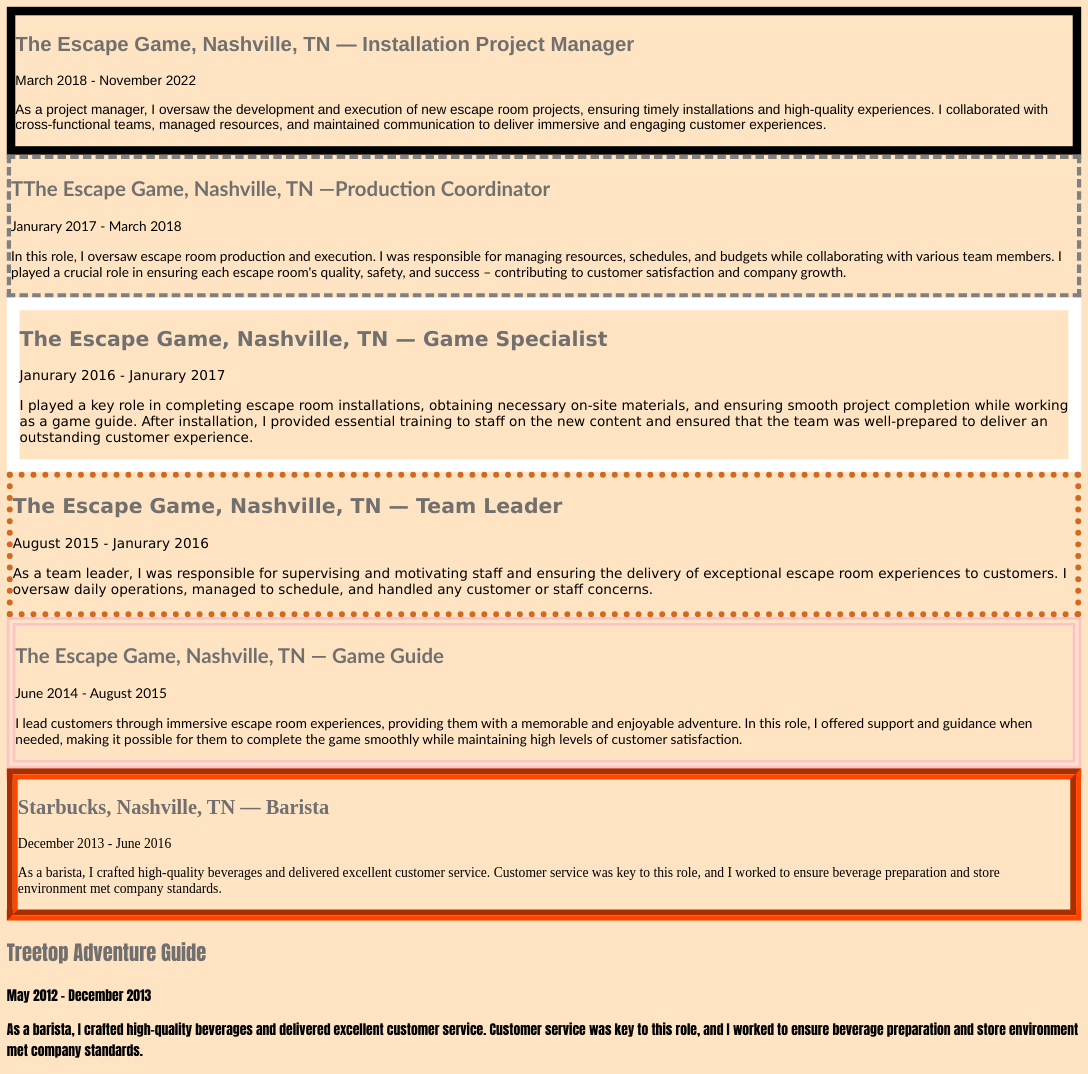
Repository: jgramirez0210/LAB-HTML-Resume
Page: index.html
An editor plug-in stored every save of this project. The page is shown before and after a run of saves, followed by the edit.
The browser window is 1280 px wide. The pictures show the whole page, at 85% of full size.

Above is the page before, as saved 2023-10-10 15:39:13.

After the next 2 saves:
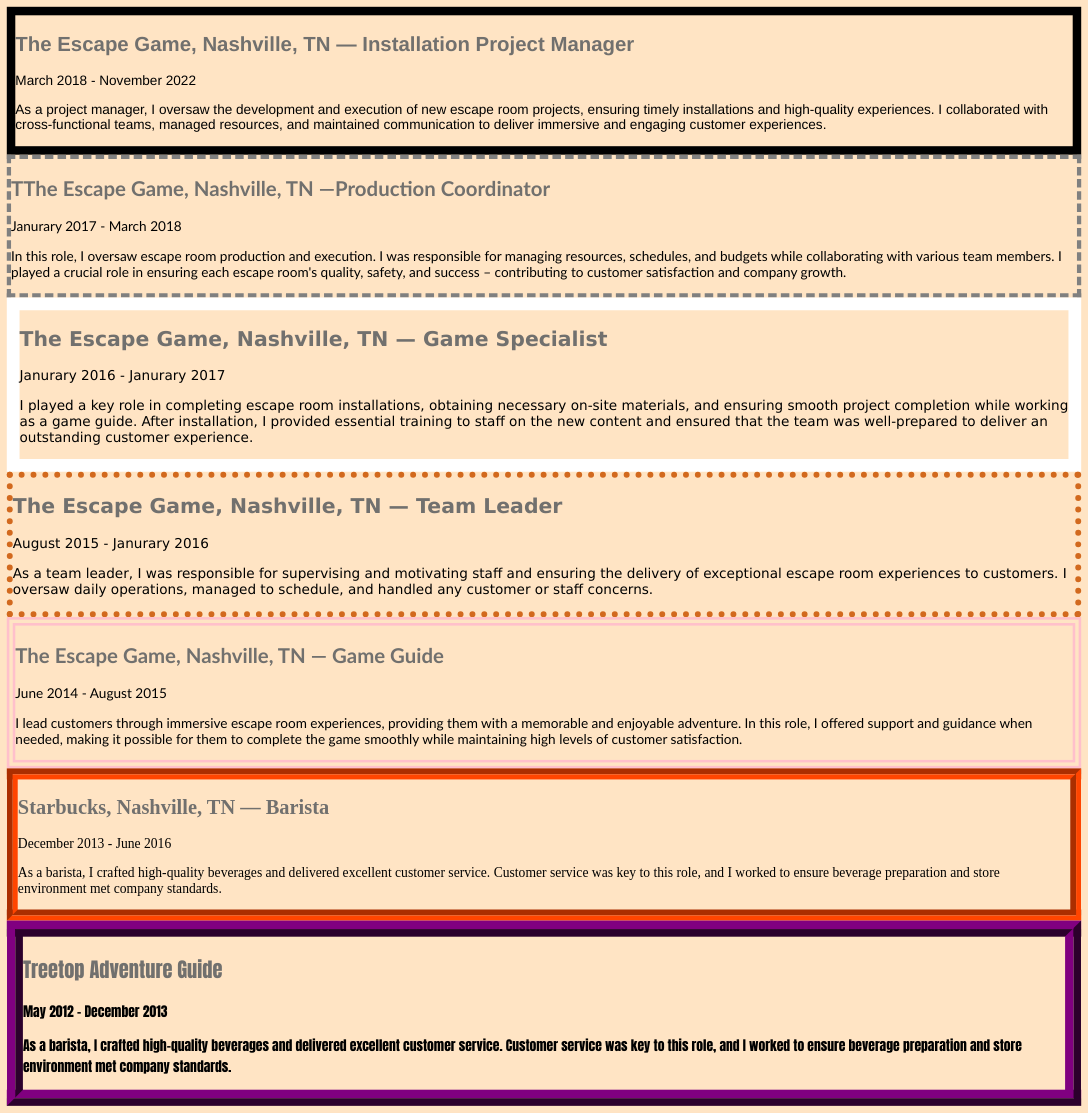
The 2 saves are shown as one change because they came seconds apart.
The last was saved 5 s later.
--- a/main.css
+++ b/main.css
@@ -24,7 +24,7 @@
 }
 #job1 {
   font-family:Impact, Haettenschweiler, 'Arial Narrow Bold', sans-serif;
-  border: 19px ridge pur
+  border: 19px ridge purple;
 }
 h2 {
   color: #71706e;
